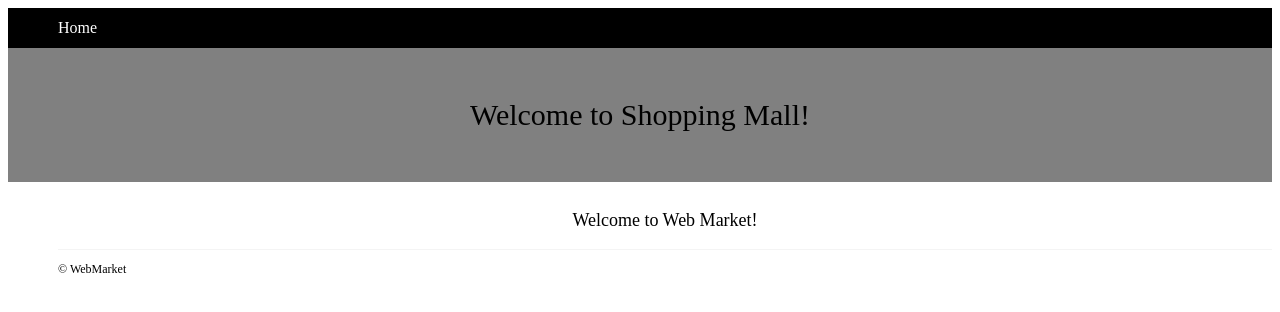
Repository: sunyeongan/Univ_lecture
Page: http://localhost/week7_jsp/ex5.jsp
An editor plug-in stored every save of this project. The page is shown before and after the next save, followed by the edit.
The browser window is 1280 px wide. The pictures show the whole page.
The page is served by Tomcat 9.

Above is the page before, as saved 2022-04-14 03:10:02.

### WebSever_2022/work/week7/week7_jsp/src/main/webapp/ex5.jsp
<%@ page language="java" contentType="text/html; charset=EUC-KR"
    pageEncoding="EUC-KR"%>
<!DOCTYPE html>
<html>
<head>
<meta charset="EUC-KR">
<title>Insert title here</title>
<style>
	div{
		text-align : center;
	}
	.site{
		height : 40px;
		line-height : 40px;
		background-color : black;
		padding-left : 50px;
	}
	.main{
		padding : 20px 0;
		background-color : grey;
		font-size : 30px;

	}
	.mid{
		font-size : 18px;
		padding-top : 10px;
		margin-left : 50px;
		border-bottom : 1px solid rgb(244,244,244);

	}
	.bar{
		color:white;
		text-decoration : none;
	}
	.footer{
		margin-left : 50px;
		font-size : 12px;
	}

</style>
</head>
<body>

<nav class="site">
	<a class ="bar" href="./환영.jsp">Home</a>
</nav>


<div class="main">
	<p>Welcome to Shopping Mall!</p>
</div>


<div class = "mid">
	<p>Welcome to Web Market!</p>
</div>


<footer class="footer">
<p>&copy; WebMarket</p>
</footer>
</body>
</html>

After the next save:
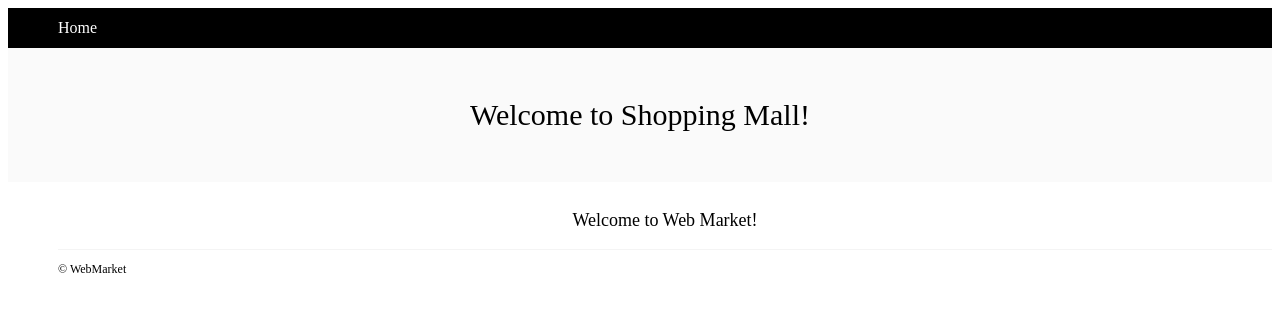
Saved 41 s later.
--- a/WebSever_2022/work/week7/week7_jsp/src/main/webapp/ex5.jsp
+++ b/WebSever_2022/work/week7/week7_jsp/src/main/webapp/ex5.jsp
@@ -17,7 +17,7 @@
 	}
 	.main{
 		padding : 20px 0;
-		background-color : grey;
+		background-color : rgb(250,250,250);
 		font-size : 30px;
 
 	}
